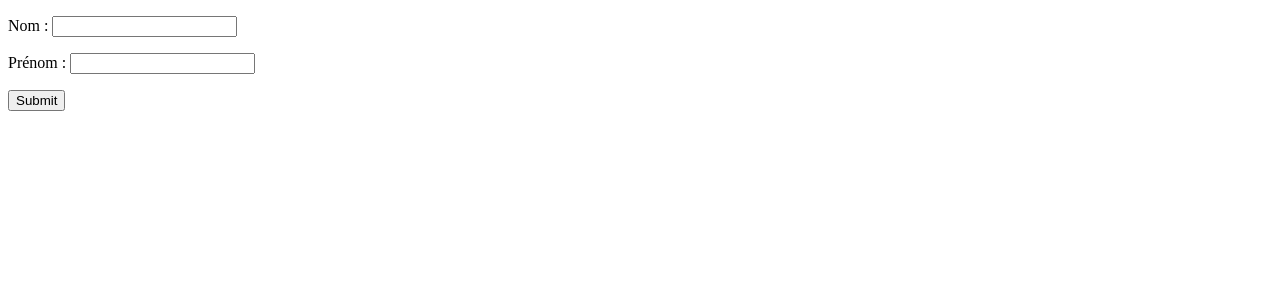
Repository: Javeuch/OpenclassroomJavaEE
Page: http://localhost/test/testDAO
These files come from the project's save history. The page is drawn as it stood at one moment and after the next save; the edit follows.
The browser window is 1280 px wide. The pictures show the whole page.
The page is served by Tomcat 9. Other server files are loaded and not shown. Queries for data that is not in the repository find no rows.

Above is the page before, as saved 2022-04-27 10:02:24.

### openclassroomsJavaee/test/WebContent/WEB-INF/testDAO.jsp
<%@ page language="java" contentType="text/html; charset=UTF-8"
    pageEncoding="UTF-8"%>
<!DOCTYPE html>
<html>
<head>
<meta charset="UTF-8">
<title>test avec DAO</title>
</head>
<body>
	<form method="post" action="testBDD">
		<p>
			<label for="nom">Nom : </label>
			<input type="text" name="nom" id="nom" />
		</p>
		<p>
			<label for="prenom">Prénom : </label>
			<input type="text" name="prenom" id="prenom" />
		</p>

		<input type="submit" />
	</form>

	<ul>
		<c:forEach var="utilisateur" items="${ utilisateurs }">
			<li>
			<c:out value="${ utilisateur.prenom }" />
			<c:out value="${ utilisateur.nom }" />
			</li>
		</c:forEach>
	</ul>
</body>
</html>

### openclassroomsJavaee/test/WebContent/WEB-INF/taglibs.jsp
<%@ page pageEncoding="UTF-8"%>
<%@ taglib uri="http://java.sun.com/jsp/jstl/core" prefix="c"%>

### openclassroomsJavaee/test/src/com/octest/servlets/TestDAO.java
package com.octest.servlets;

import java.io.IOException;
import javax.servlet.ServletException;
import javax.servlet.annotation.WebServlet;
import javax.servlet.http.HttpServlet;
import javax.servlet.http.HttpServletRequest;
import javax.servlet.http.HttpServletResponse;

import com.octest.beans.Utilisateur;
import com.octest.dao.DaoFactory;
import com.octest.dao.UtilisateurDao;

@WebServlet("/TestDAO")
public class TestDAO extends HttpServlet {

	// Ajout d'une variable UtilisateurDAO
	private static final long serialVersionUID = 1L;
    private UtilisateurDao utilisateurDao;

    // Méthode permettant d'initialiser un UtilisateurDAO connecté à la BDD (se place avant doGet et doPost)
    public void init() throws ServletException {
        DaoFactory daoFactory = DaoFactory.getInstance();
        this.utilisateurDao = daoFactory.getUtilisateurDao();
    }

    // Constructor vide
    public TestDAO() {
        super();

    }

	protected void doGet(HttpServletRequest request, HttpServletResponse response) throws ServletException, IOException {

		 request.setAttribute("utilisateurs", utilisateurDao.lister());
	     this.getServletContext().getRequestDispatcher("/WEB-INF/testDAO.jsp").forward(request, response);
	}

	protected void doPost(HttpServletRequest request, HttpServletResponse response) throws ServletException, IOException {

		Utilisateur utilisateur = new Utilisateur();
        utilisateur.setNom(request.getParameter("nom"));
        utilisateur.setPrenom(request.getParameter("prenom"));

        utilisateurDao.ajouter(utilisateur);

        request.setAttribute("utilisateurs", utilisateurDao.lister());

        this.getServletContext().getRequestDispatcher("/WEB-INF/testDAO.jsp").forward(request, response);

	}

}

### openclassroomsJavaee/test/src/com/octest/dao/DaoFactory.java
package com.octest.dao;

import java.sql.Connection;
import java.sql.DriverManager;
import java.sql.SQLException;

public class DaoFactory {

	// Variables de connexion à la BDD
    private String url;
    private String username;
    private String password;

    // Constructor
    DaoFactory(String url, String username, String password) {
        this.url = url;
        this.username = username;
        this.password = password;
    }

    // Obtention d'un Objet connecté (appelé "instance") à la BDD MySQL via JDBC
    public static DaoFactory getInstance() {
        try {
            Class.forName("com.mysql.jdbc.Driver");
        } catch (ClassNotFoundException e) {

        }

        DaoFactory instance = new DaoFactory("jdbc:mysql://localhost:3306/javaee", "root", "euch");
        return instance;
    }

    // Méthode de connexion
    public Connection getConnection() throws SQLException {
        return DriverManager.getConnection(url, username, password);
    }

    // Récupération du Dao
    public UtilisateurDao getUtilisateurDao() {
        return new UtilisateurDaoImpl(this);
    }
}

### openclassroomsJavaee/test/src/com/octest/dao/UtilisateurDaoImpl.java
package com.octest.dao;

import java.sql.Connection;
import java.sql.PreparedStatement;
import java.sql.ResultSet;
import java.sql.SQLException;
import java.sql.Statement;
import java.util.ArrayList;
import java.util.List;

import com.octest.beans.Utilisateur;

public class UtilisateurDaoImpl implements UtilisateurDao {
    private DaoFactory daoFactory;

    UtilisateurDaoImpl(DaoFactory daoFactory) {
        this.daoFactory = daoFactory;
    }

    @Override
    public void ajouter(Utilisateur utilisateur) {
        Connection connexion = null;
        PreparedStatement preparedStatement = null;

        try {
            connexion = daoFactory.getConnection();
            preparedStatement = connexion.prepareStatement("INSERT INTO noms(nom, prenom) VALUES(?, ?);");
            preparedStatement.setString(1, utilisateur.getNom());
            preparedStatement.setString(2, utilisateur.getPrenom());

            preparedStatement.executeUpdate();
        } catch (SQLException e) {
            e.printStackTrace();
        }

    }

    @Override
    public List<Utilisateur> lister() {
        List<Utilisateur> utilisateurs = new ArrayList<Utilisateur>();
        Connection connexion = null;
        Statement statement = null;
        ResultSet resultat = null;

        try {
            connexion = daoFactory.getConnection();
            statement = connexion.createStatement();
            resultat = statement.executeQuery("SELECT nom, prenom FROM noms;");

            while (resultat.next()) {
                String nom = resultat.getString("nom");
                String prenom = resultat.getString("prenom");

                Utilisateur utilisateur = new Utilisateur();
                utilisateur.setNom(nom);
                utilisateur.setPrenom(prenom);

                utilisateurs.add(utilisateur);
            }
        } catch (SQLException e) {
            e.printStackTrace();
        }
        return utilisateurs;
    }


}

After the next save:
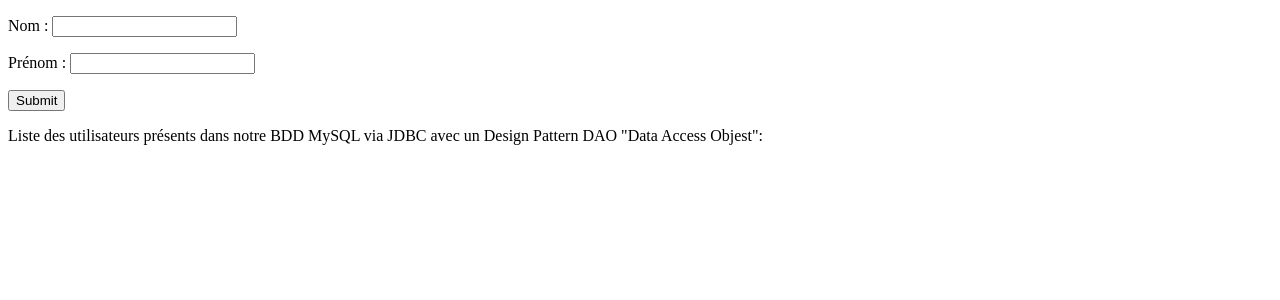
Saved 11 min 26 s later.
--- a/openclassroomsJavaee/test/WebContent/WEB-INF/testDAO.jsp
+++ b/openclassroomsJavaee/test/WebContent/WEB-INF/testDAO.jsp
@@ -20,6 +20,7 @@
 		<input type="submit" />
 	</form>
 
+<p> Liste des utilisateurs présents dans notre BDD MySQL via JDBC avec un Design Pattern DAO "Data Access Objest": </p>
 	<ul>
 		<c:forEach var="utilisateur" items="${ utilisateurs }">
 			<li>
